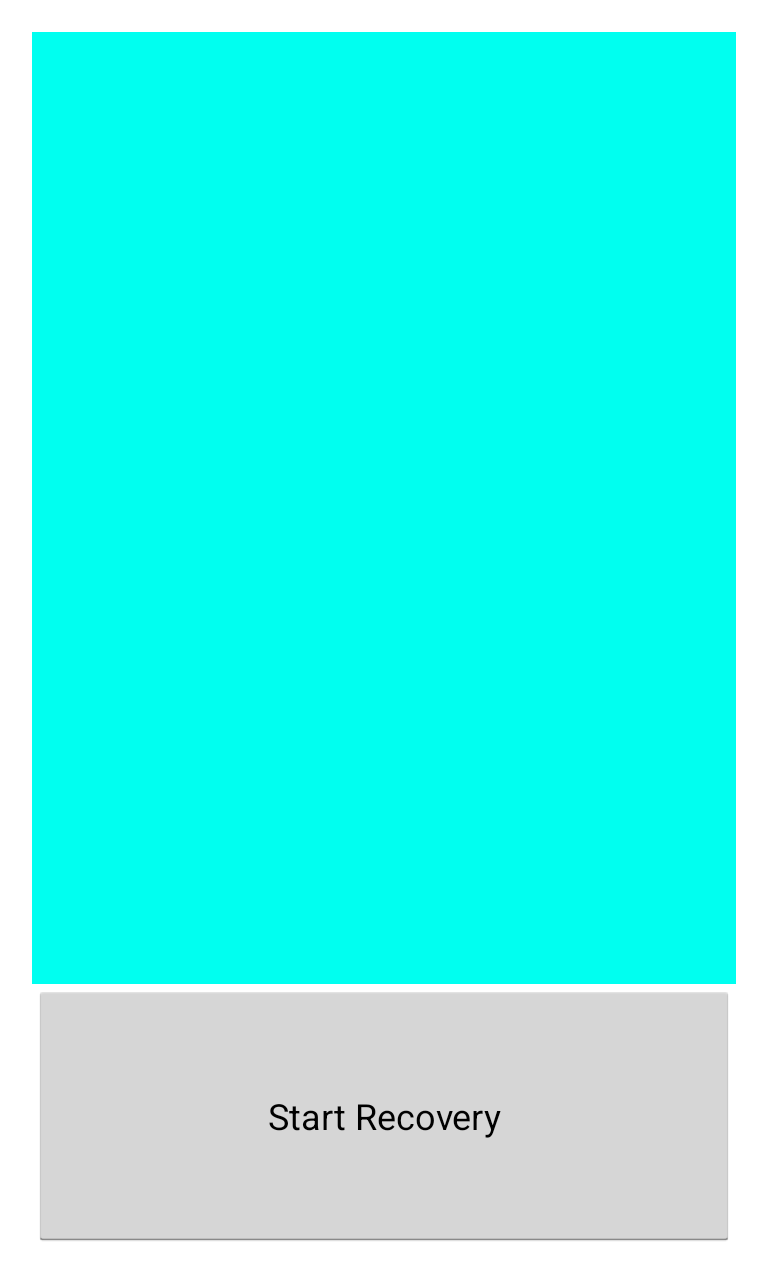
Repository: zzttt/LVM_BackupSol
Layout: TimeTraveler/res/layout/activity_recv.xml
These files come from the project's save history. The layout is drawn as it stood at one moment and after a run of saves; the edit follows.
It is drawn on a 768 x 1280 px phone screen (xhdpi) without system bars, with theme AppTheme; the app's code is not run. Lists and similar views that code fills are empty.

Above is the layout before, as saved 2014-07-20 13:17:21.

After the next 2 saves:
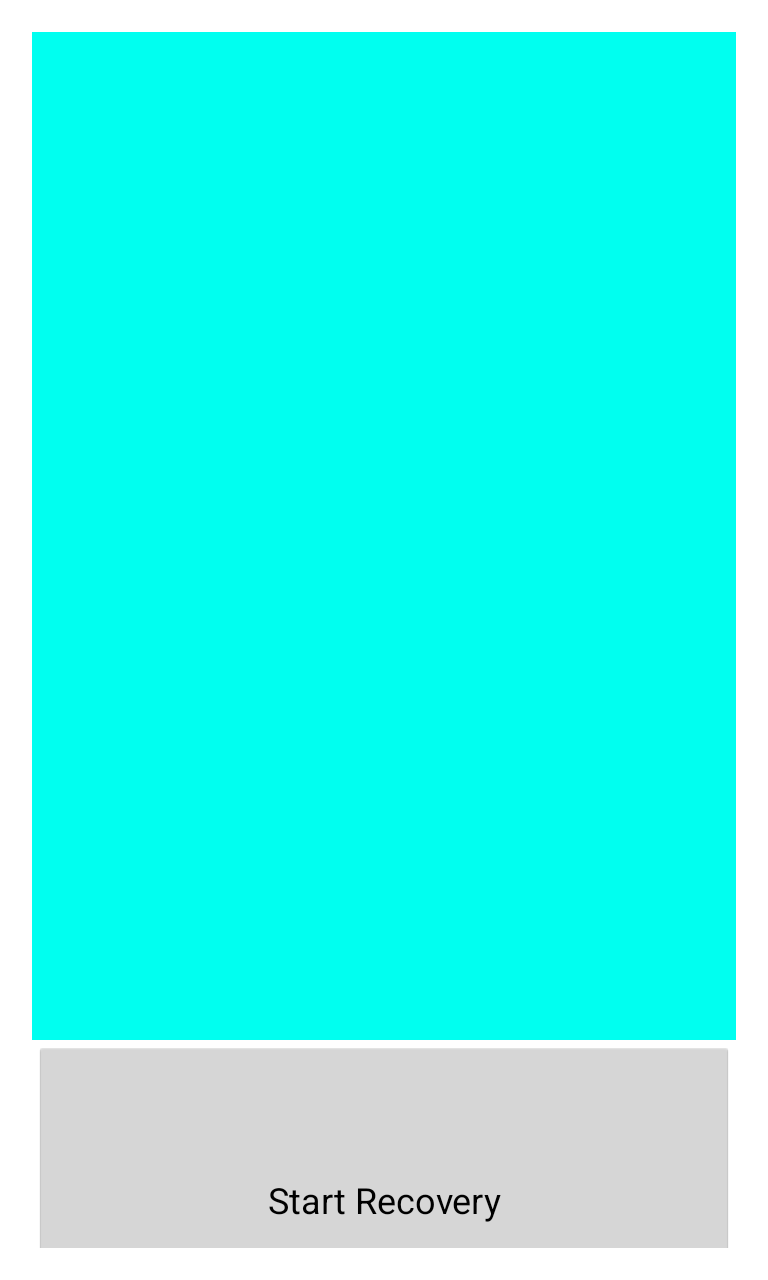
The 2 saves are shown as one change because they came seconds apart.
The last was saved 21 s later.
--- a/TimeTraveler/res/layout/activity_recv.xml
+++ b/TimeTraveler/res/layout/activity_recv.xml
@@ -19,7 +19,7 @@
         android:layout_height="wrap_content"
         android:smoothScrollbar="true"
         android:background="#00fff0"
-        android:layout_weight="0.85"
+        android:layout_weight="0.9"
          >
     </ListView>
 
@@ -29,7 +29,7 @@
         android:layout_height="wrap_content"
         android:text="Start Recovery"
         android:onClick="mOnClick"
-        android:layout_weight="0.15"
+        android:layout_weight="0.2"
         />
 
     </LinearLayout>
